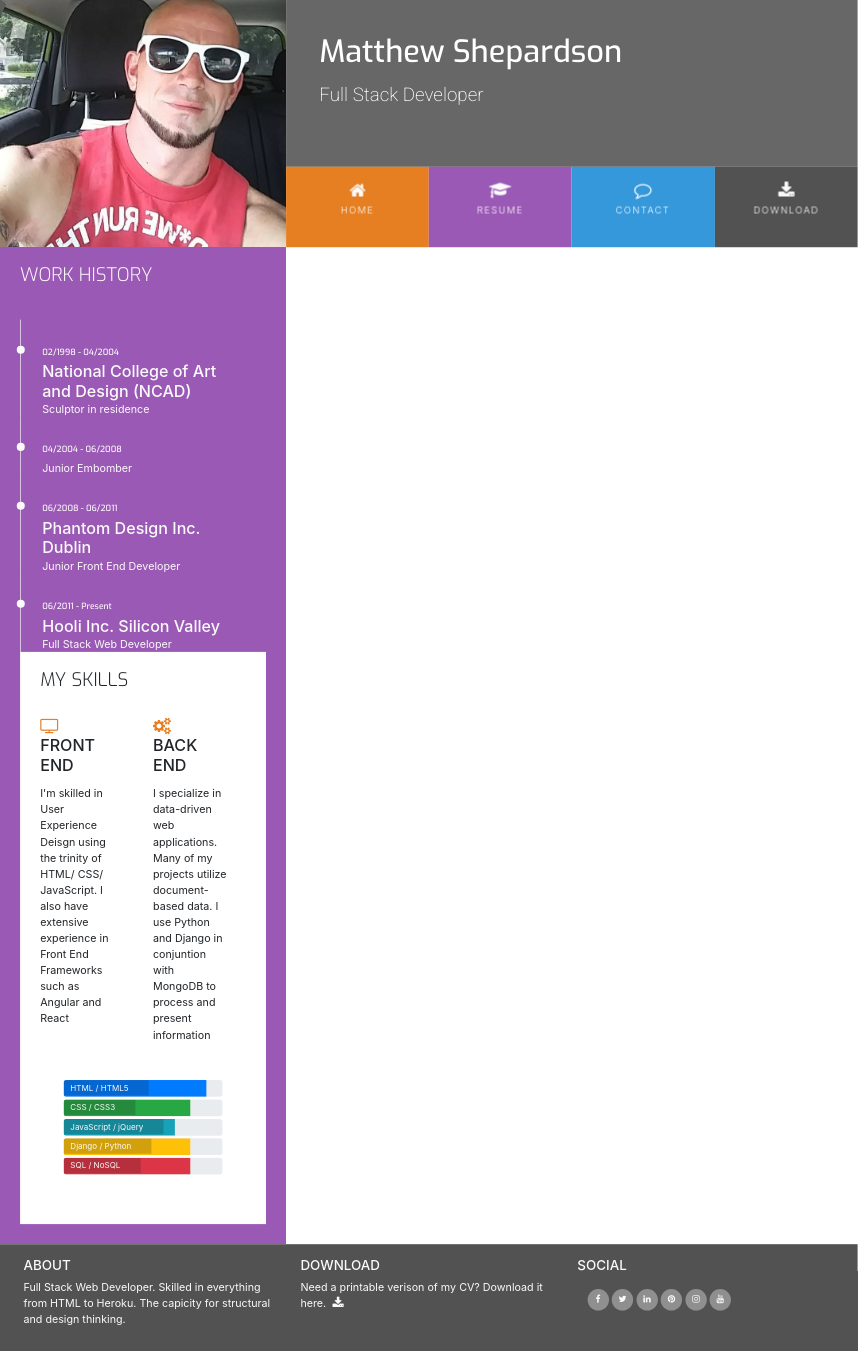
Repository: mshep6517/resume-project
Page: resume.html
The author's editor kept a record of every edit. The page is drawn from the files as they stood at one moment, then again after the next edit.
The browser window is 1280 px wide. The pictures show the whole page, at 67% of full size.
Some web libraries are served in a nearby version.

Above is the page before.

### resume.html
<!DOCTYPE html>
<html lang="en">

<head>
    <meta charset="UTF-8">
    <meta name="viewport" content="width=device-width, initial-scale=1.0">
    <meta http-equiv="X-UA-Compatible" content="ie=edge">
    <link rel="stylesheet" href="https://maxcdn.bootstrapcdn.com/bootstrap/4.2.1/css/bootstrap.min.css" type="text/css" />
    <link rel="stylesheet" href="https://maxcdn.bootstrapcdn.com/font-awesome/4.7.0/css/font-awesome.min.css" type="text/css" />
    <link rel="stylesheet" href="https://cdnjs.cloudflare.com/ajax/libs/hover.css/2.3.1/css/hover-min.css" type="text/css" />
    <link rel="stylesheet" href="assets/css/style.css">
    <title>Matthew</title>
</head>

<body>
    <header>
        <div class="row no-gutters">
            <a class="col-md-4 logo" href="index.html"></a>
            <div class="col-md-8">
                <div class="row no-gutters bg-color-name-title">
                    <div class="col heading">
                        <h1 class="name">Matthew Shepardson</h1>
                        <h2 class="title"> Full Stack Developer</h2>
                    </div>
                </div>
                <div class="row no-gutters">
                    <div class="col">
                        <ul id="nav" class="list-inline menucontainer">
                            <li class="col-6 col-sm-3 ui-menu-color-home list-inline-item menuitem">
                                <a href="index.html" class="hvr-sweep-to-bottom"><i class="fa fa-home" aria-hidden="true"></i><span>Home</span></a>
                            </li>
                            <li class="col-6 col-sm-3 ui-menu-color-resume list-inline-item menuitem">
                                <a href="resume.html" class="hvr-sweep-to-bottom"><i class="fa fa-graduation-cap" aria-hidden="true"></i><span>Resume</span></a>
                            </li>
                            <li class="col-6 col-sm-3 ui-menu-color-contact list-inline-item menuitem">
                                <a href="contact.html" class="hvr-sweep-to-bottom"><i class="fa fa-comment-o" aria-hidden="true"></i><span>Contact</span></a>
                            </li>
                            <li class="col-6 col-sm-3 ui-menu-color-download list-inline-item menuitem">
                                <a href="#" class="hvr-sweep-to-bottom"><i class="fa fa-download" aria-hidden="true"></i><span>Download</span></a>
                            </li>
                        </ul>
                    </div>
                </div>
            </div>
        </div>
    </header>
    <section class="container-fluid">
        <div class="row">
            <div class="col-md-4 bg-color-work-history section-column">
                <div class="row">
                    <div class="col-12">
                        <h3 class="history-heading uppercase">
                            Work History
                        </h3>
                    </div>
                </div>
                <div class="hitory-items">
                <div class="timeline-item" data-dates="02/1998 - 04/2004">
                    <h4>National College of Art and Design (NCAD)</h4>
                    <p>Sculptor in residence</p>
                </div>
                <div class="timeline-item" data-dates="04/2004 - 06/2008">
                    <h4Fisher and Diaz Funeral Director</h4>
                    <p>Junior Embomber</p>
                </div>
                <div class="timeline-item" data-dates="06/2008 - 06/2011">
                    <h4>Phantom Design Inc. Dublin</h4>
                    <p>Junior Front End Developer</p>
                </div>
                <div class="timeline-item" data-dates="06/2011 - Present">
                    <h4>Hooli Inc. Silicon Valley</h4>
                    <p>Full Stack Web Developer</p>
                </div>
            </div>
            <div class="col-md-8 bg-color-three-reasons section-column">
                <div class="row">
                    <div class="col">
                        <h3 class="section-heading uppercase">My Skills</h3>
                    </div>
                </div>
                <div class="row">
                    <div class="col-10 offset-1 offset-sm-0 col-sm-4 col-md-6">
                        <div class="row">
                            <div class="col-2">
                                <i class="three-rerasons-icon fa fa-tv" aria-hidden="true"></i>
                            </div>
                            <div class="col-10">
                                <h4 class="threee-reasons-heading uppercase">Front End</h4>
                                <p>
                                    I'm skilled in User Experience Deisgn using the trinity of HTML/ CSS/ JavaScript.
                                    I also have extensive experience in Front End Frameworks such as Angular
                                    and React
                                </p>
                            </div>
                        </div>
                    </div>
                    <div class="col-10 offset-1 offset-sm-0 col-sm-4 col-md-6">
                        <div class="row">
                            <div class="col-2">
                                <i class="three-rerasons-icon fa fa-gears" aria-hidden="true"></i>
                            </div>
                            <div class="col-10">
                                <h4 class="threee-reasons-heading uppercase">Back End</h4>
                                <p>
                                    I specialize in data-driven web applications. Many of my projects utilize
                                    document-based data. I use Python and Django in conjuntion with MongoDB
                                    to process and present information
                                </p>
                            </div>
                        </div>
                    </div>
                </div>
                <div class="row progress-section">
                    <div class="col">
                        <div class="progress">
                            <div class="progress-bar" role="progressbar" aria-valuenow="90" aria-valuemin="0" aria-valuemax="100" style="width:90%;">
                                <span class="sr-only">90% complete</span>
                            </div>
                            <span class="progress-type">HTML / HTML5</span>
                        </div>
                        <div class="progress">
                            <div class="progress-bar bg-success" role="progressbar" aria-valuenow="80" aria-valuemin="0" aria-valuemax="100" style="width:80%;">
                                <span class="sr-only">80% complete</span>
                            </div>
                            <span class="progress-type">CSS / CSS3</span>
                        </div>
                        <div class="progress">
                            <div class="progress-bar bg-info" role="progressbar" aria-valuenow="70" aria-valuemin="0" aria-valuemax="100" style="width:70%;">
                                <span class="sr-only">70% complete</span>
                            </div>
                            <span class="progress-type">JavaScript / jQuery</span>
                        </div>
                        <div class="progress">
                            <div class="progress-bar bg-warning" role="progressbar" aria-valuenow="80" aria-valuemin="0" aria-valuemax="100" style="width:80%;">
                                <span class="sr-only">80% complete</span>
                            </div>
                            <span class="progress-type">Django / Python</span>
                        </div>
                        <div class="progress">
                            <div class="progress-bar bg-danger" role="progressbar" aria-valuenow="80" aria-valuemin="0" aria-valuemax="100" style="width:80%;">
                                <span class="sr-only">80% complete</span>
                            </div>
                            <span class="progress-type">SQL / NoSQL</span>
                        </div>
                    </div>
                </div>
            </div>
        </div>

    </section>
    <footer class="container-fluid">
        <div id="footer-details" class="row">
            <div class="col-sm-4">
                <h5 class="uppercase general-sub">About</h5>
                <p class="inline-block">
                    Full Stack Web Developer. Skilled in everything from HTML to Heroku. The capicity for structural and design thinking.
                </p>
            </div>
            <div class="col-sm-4">
                <h5 class="uppercase general-sub">Download</h5>
                <p class="inline-block">
                    Need a printable verison of my CV? Download it here.
                    <a href="#" target="_blank" class="cv-pdf">
                        <i class="fa fa-download" aria-hidden="true"></i>
                        <span class="sr-only">Download link.</span>
                    </a>
                </p>
            </div>
            <div class="col-sm-4">
                <h5 class="uppercase general-sub">Social</h5>
                <ul class="list-inline social-links">
                    <li class="list-inline-item">
                        <a target="_blank" href="#">
                            <i class="fa fa-facebook" aria-hidden="true"></i>
                            <span class="sr-only">Facebook</span>
                            </a>
                    </li>
                    <li class="list-inline-item">
                        <a target="_blank" href="#">
                            <i class="fa fa-twitter" aria-hidden="true"></i>
                            <span class="sr-only">Twitter</span>
                            </a>
                    </li>
                    <li class="list-inline-item">
                        <a target="_blank" href="#">
                            <i class="fa fa-linkedin" aria-hidden="true"></i>
                            <span class="sr-only">LinkedIn</span>
                            </a>
                    </li>
                    <li class="list-inline-item">
                        <a target="_blank" href="#">
                            <i class="fa fa-pinterest" aria-hidden="true"></i>
                            <span class="sr-only">Pinterest</span>
                        </a>
                    </li>
                    <li class="list-inline-item">
                        <a target="_blank" href="#">
                            <i class="fa fa-instagram" aria-hidden="true"></i>
                            <span class="sr-only">Instagram</span>
                            </a>
                    </li>
                    <li class="list-inline-item">
                        <a target="_blank" href="#">
                            <i class="fa fa-youtube" aria-hidden="true"></i>
                            <span class="sr-only">YouTube</span>
                            </a>
                    </li>
                </ul>
            </div>
        </div>

    </footer>
</body>

</html>

### assets/css/style.css
@import url('https://fonts.googleapis.com/css?family=Roboto:100,200,300,400,500,600,700|exo:100,200,300,400,500,600,700');

/*-----------------------------------Colors */

.bg-color-name-title {
    background-color: #676767;
}

.bg-color-three-reasons {
    background-color: #ffffff;
}

.bg-color-personal-info {
   background-color: #f4f4f4;
}

.bg-color-work-history {
    background-color: #9b59b6;
}

.ui-menu-color-home {
    background-color: #e67e22;
}

.ui-menu-color-resume {
    background-color: #9b59b6;
}

.ui-menu-color-contact {
    background-color: #3498db;
}

.ui-menu-color-download {
    background-color: #525252;
}


/*----------------------------------- Special Paddings/margins/text*/

h1,
h2,
h3,
h4 {
    margin: 0;
}

.uppercase {
    text-transform: uppercase;
}

.general-sub: {
    font-family: "Exo", sans-serif;
    font-weight: 300;
    color: #fafafa;
}

.row-table {
    display: table;
}

.section-column {
    display: table-cell;
    padding: 0 30px 30px;
    float: none;
}

.history-heading,
.section-heading {
    font-family: "Exo", sans-serif;
    font-weight: 300;
    margin-top: 25px;
    margin-bottom: 40px;
}

/*-----------------------------------Heading */

header {
    margin: 0;
}

.heading {
    margin-left: 50px;
}

.logo {
    background: url("../images/my picture.png");
    background-position: center;
    background-repeat: no-repeat;
    background-size: cover;
    min-height: 360px;
    transition: all .5s ease-in-out;
    -moz-transition: all .5s ease-in-out;
    -webkit-transition: all .5s ease-in-out;
}

.name {
    font-family: "Exo", sans-serif;
    font-weight: 100px;
    font-size: 46px;
    margin-top: 50px;
    color: #ffffff;
}

.title {
    font-family: "Roboto", sans-serif;
    font-weight: 200;
    font-size: 28px;
    margin-top: 20px;
    margin-bottom: 90px;
    color: #ffffff;
}

.list-inline-item:not(:last-child) {
    margin: 0;
}

.menucontainer {
    font-size: 0;
}

#nav {
    margin: 0;
}

#nav li {
    font-size: 14px;
    padding: 0;
}

.menuitem {
    height: 120px;
    text-align: center;
    padding: 0;
}

.menuitem a {
    width: 100%;
    text-decoration: none;
    color: #ffffff;
    height: 120px;

}

.menuitem a i {
    padding-top: 22px;
    display: block;
    color: #fafafa;
    font-size: 26px;
}

.menuitem span {
    display: block;
    width: 100%;
    padding-top: 5px;
    text-align: center;
    text-transform: uppercase;
    font-size: 14px;
    font-weight: 300;
    letter-spacing: 2px;
}

/*-----------------------------------Hover.CSS */

.hvr-sweep-to-bottom:before {
    background-color: rgba(0, 0, 0, 0.2);
    height: 120px;
}

/*-----------------------------------Footer */

footer {
    background-color: #525252;
    color: #fafafa;
    min-height: 120px;
    margin: 0;
}

.inline-block {
    display: inline-block;
}

.cv-pdf i {
    font-size:18px;
    color: #fafafa;
    text-align: center;
    padding-left: 5px;
    transition: all 0.35s ease-in-out;
    -moz-transition: all 0.35s ease-in-out;
    -webkit-transition: all 0.35s ease-in-out;
    -o-transition: all 0.35s ease-in-out;
}

.cv-pdf i:hover {
    color: #e84610;
}

.social-links {
    padding:15px;
}

.social-links li a i {
    width: 32px;
    height: 32px;
    padding: 12px 0;
    border-radius: 50px;
    font-size: 13px;
    line-height: 7px;
    text-align: center;
    color: #fafafa;
    background: #8f8f8f;
    transition: all 0.35s ease-in-out;
    -moz-transition: all 0.35s ease-in-out;
    -webkit-transition: all 0.35s ease-in-out;
    -o-transition: all 0.35s ease-in-out;
}

.social-links li a i:hover {
    background: #e84610;
}

#footer-details {
    padding: 20px;
}

/*----------------------------------- Three Reasons*/

.three-rerasons-icon {
    font-size:25px;
    color: #e67e22;
}

.threee-reasons-heading {
    margin-bottom: 15px;
}

/*----------------------------------- Personal Info*/

.personal-info-item {
    margin-bottom: 20px;
    display: block;
    clear: both;
}

.personal-info-item .key,
.personal-info-item .value {
    padding-right: 8px;
    display: inline-block;
}

.personal-info-item .key p,
.personal-info-item .value p {
    margin: 0;
}

.personal-info-item .key {
    width: 30%;
    margin-right: 21px;
    padding-top: 2px;
    vertical-align: top;
}

.personal-info-item .key p {
    font-weight: 700;
}

.personal-info-item .value {
    position: relative;
    width: 60%;

}

/*----------------------------------- Skills*/

.progress {
    position: relative;
    height: 25px;
    margin-bottom: 4px;
}

.progress-type {
    position: absolute;
    left: 0px;
    font-weight: 400;
    padding: 3px 30px 2px 10px;
    color: #fafafa;
    background-color: rgba(25, 25, 25, 0.2)
}

.progress-section {
    margin: 40px 20px;
}


/*----------------------------------- Work History*/

.history-heading {
    color: #fafafa;
    margin-bottom: 50px;
}

.timeline-item {
    padding: 4em 2em 0em 2em;
    position: relative;
    color: #fafafa;
    border-left: 1px solid;
}

.timeline-item p {
    padding: 0;
    margin: 0;
}

.timeline-item:before {
    content: attr(data-dates);
    position: absolute;
    left: 2.5em;
    top: 3em;
    display: block;
    font-family: "Exo", sans-serif;
    font-weight: 500;
    font-size: 0.8em;
    padding: 0;
    margin: 0;
}

.timeline-item:after {
    width: 12px;
    height: 12px;
    display: block;
    top: 2.4em;
    position: absolute;
    left: -6px;
    border-radius: 12px;
    content: '';
    background: #fafafa;
}

.history-items {
    margin-bottom: 30px;
}

After the next edit:
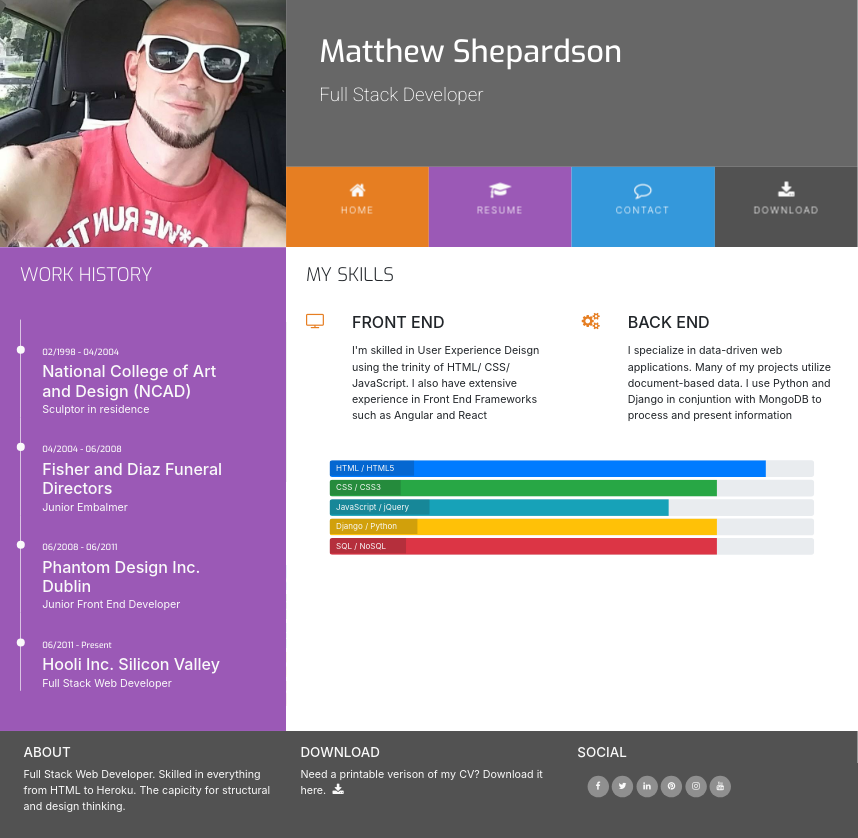
The edit:
--- a/resume.html
+++ b/resume.html
@@ -54,22 +54,23 @@
                         </h3>
                     </div>
                 </div>
-                <div class="hitory-items">
-                <div class="timeline-item" data-dates="02/1998 - 04/2004">
-                    <h4>National College of Art and Design (NCAD)</h4>
-                    <p>Sculptor in residence</p>
-                </div>
-                <div class="timeline-item" data-dates="04/2004 - 06/2008">
-                    <h4Fisher and Diaz Funeral Director</h4>
-                    <p>Junior Embomber</p>
-                </div>
-                <div class="timeline-item" data-dates="06/2008 - 06/2011">
-                    <h4>Phantom Design Inc. Dublin</h4>
-                    <p>Junior Front End Developer</p>
-                </div>
-                <div class="timeline-item" data-dates="06/2011 - Present">
-                    <h4>Hooli Inc. Silicon Valley</h4>
-                    <p>Full Stack Web Developer</p>
+                <div class="history-items">
+                    <div class="timeline-item" data-dates="02/1998 - 04/2004">
+                        <h4>National College of Art and Design (NCAD)</h4>
+                        <p>Sculptor in residence</p>
+                    </div>
+                    <div class="timeline-item" data-dates="04/2004 - 06/2008">
+                        <h4>Fisher and Diaz Funeral Directors</h4>
+                        <p>Junior Embalmer</p>
+                    </div>
+                    <div class="timeline-item" data-dates="06/2008 - 06/2011">
+                        <h4>Phantom Design Inc. Dublin</h4>
+                        <p>Junior Front End Developer</p>
+                    </div>
+                    <div class="timeline-item" data-dates="06/2011 - Present">
+                        <h4>Hooli Inc. Silicon Valley</h4>
+                        <p>Full Stack Web Developer</p>
+                    </div>
                 </div>
             </div>
             <div class="col-md-8 bg-color-three-reasons section-column">
@@ -87,9 +88,7 @@
                             <div class="col-10">
                                 <h4 class="threee-reasons-heading uppercase">Front End</h4>
                                 <p>
-                                    I'm skilled in User Experience Deisgn using the trinity of HTML/ CSS/ JavaScript.
-                                    I also have extensive experience in Front End Frameworks such as Angular
-                                    and React
+                                    I'm skilled in User Experience Deisgn using the trinity of HTML/ CSS/ JavaScript. I also have extensive experience in Front End Frameworks such as Angular and React
                                 </p>
                             </div>
                         </div>
@@ -102,9 +101,7 @@
                             <div class="col-10">
                                 <h4 class="threee-reasons-heading uppercase">Back End</h4>
                                 <p>
-                                    I specialize in data-driven web applications. Many of my projects utilize
-                                    document-based data. I use Python and Django in conjuntion with MongoDB
-                                    to process and present information
+                                    I specialize in data-driven web applications. Many of my projects utilize document-based data. I use Python and Django in conjuntion with MongoDB to process and present information
                                 </p>
                             </div>
                         </div>
